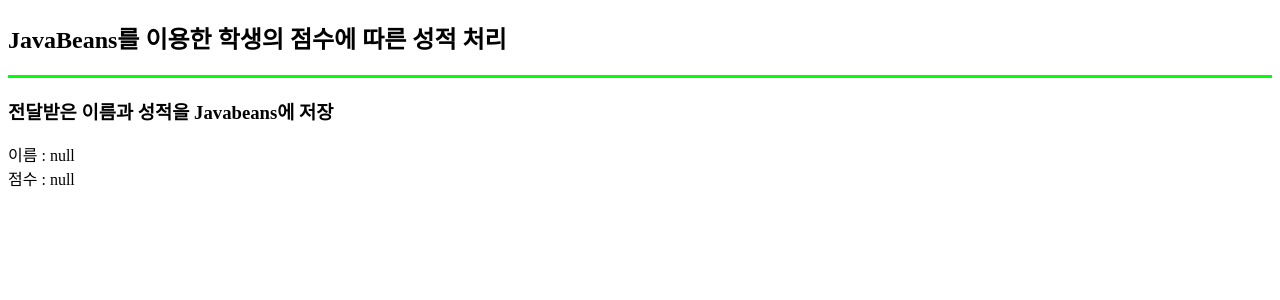
Repository: Hyuk-II/2-2
Page: http://localhost/기말고사/grade.jsp
These files come from the project's save history. The page is drawn as it stood at one moment and after the next save; the edit follows.
The browser window is 1280 px wide. The pictures show the whole page.
The page is served by Tomcat 9.

Above is the page before, as saved 2024-12-09 01:55:57.

### 웹 프로그래밍/기말고사/src/main/webapp/grade.jsp
<%@ page language="java" contentType="text/html; charset=UTF-8"
    pageEncoding="UTF-8"%>
<!DOCTYPE html>
<html>
<head>
<meta charset="UTF-8">
<title>Q5</title>
</head>
<body>
	<h2>JavaBeans를 이용한 학생의 점수에 따른 성적 처리</h2>
	<jsp:useBean id="score" class = "com.bean.MyBean" scope="page"/>
	<hr size ="3" color="#00ff00">
	<h3> 전달받은 이름과 성적을 Javabeans에 저장 </h3>
	이름 : <%= request.getParameter("name") %><br>
	점수 : <%= request.getParameter("point") %><p>
	<jsp:setProperty name="score" property="*"/>
</body>
</html>

### 웹 프로그래밍/기말고사/src/main/java/com/bean/MyBean.java
package com.bean;

public class MyBean {
	private String name;
	private int point;

	public String getName() {
		return name;
	}
	public void setName(String name) {
		this.name = name;
	}
	public int getPoint() {
		return point;
	}
	public void setPoint(int point) {
		this.point = point;
	}

	public String getGrade() {
		String grade = "";
		if(point >= 90) {
			grade = "A";
		}
		else if(point >= 80) {
			grade = "B";
		}
		else if(point >= 70) {
			grade = "C";
		}
		else if(point >= 60) {
			grade = "E";
		}
		else {
			grade = "F";
		}
		return grade;
	}
}

After the next save:
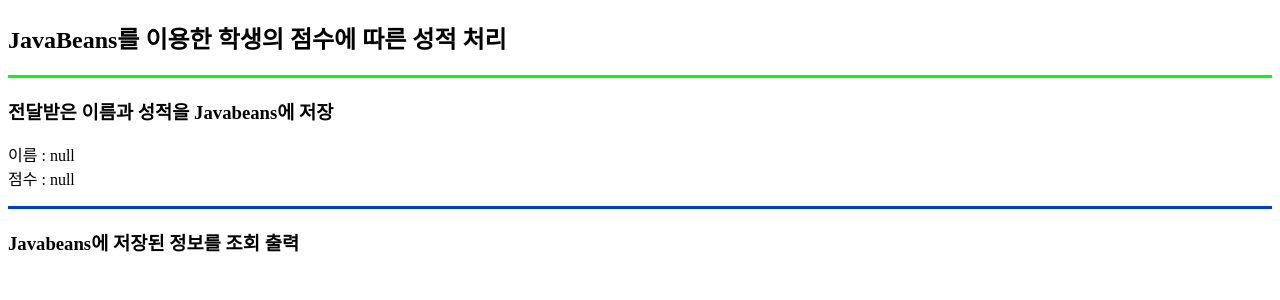
Saved 106 s later.
--- a/웹 프로그래밍/기말고사/src/main/webapp/grade.jsp
+++ b/웹 프로그래밍/기말고사/src/main/webapp/grade.jsp
@@ -14,5 +14,7 @@
 	이름 : <%= request.getParameter("name") %><br>
 	점수 : <%= request.getParameter("point") %><p>
 	<jsp:setProperty name="score" property="*"/>
+	<hr size="3" color="#003dd">
+	<h3>Javabeans에 저장된 정보를 조회 출력</h3>
 </body>
 </html>
